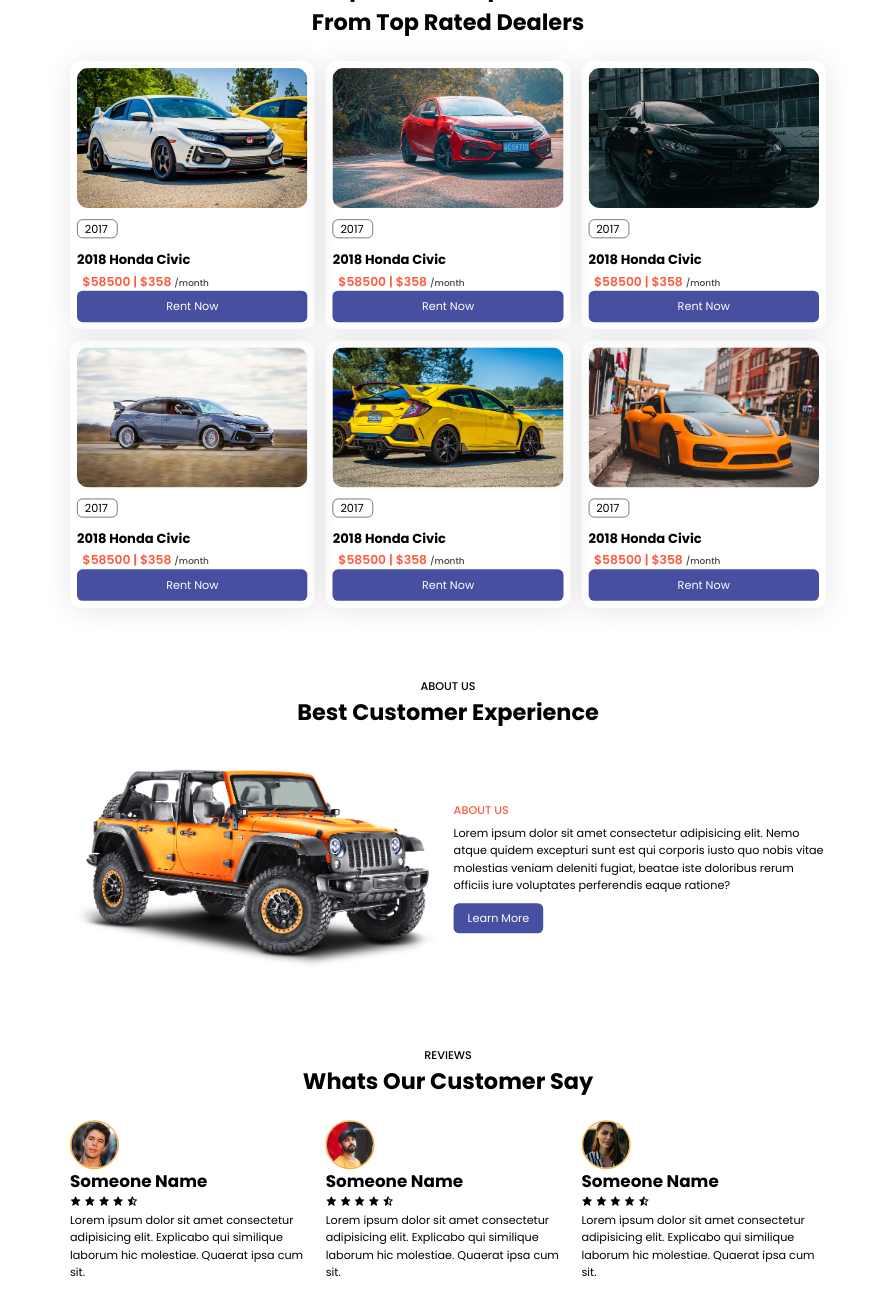
Repository: douglasabnovato/car-rental
Page: index.html
The author's editor kept a copy of each file at every save. The page is drawn from the files as they stood at one save, then again after a run of saves.
The browser window is 1280 px wide. The pictures show the part of the page from y = 1296 to 3216 px (the page is 3176 px tall before and 3216 px after), at 70% of full size.

Above is the page before, as saved 2025-05-16 16:38:12.

### index.html
<!DOCTYPE html>
<html lang="en">
  <head>
    <meta charset="UTF-8" />
    <meta name="viewport" content="width=device-width, initial-scale=1.0" />
    <title>Car Rental</title>
    <link
      rel="stylesheet"
      href="https://cdn.jsdelivr.net/npm/boxicons@latest/css/boxicons.min.css"
    />
    <link rel="stylesheet" href="./style.css" />
  </head>
  <body>
    <!-- Header -->
    <header>
      <a href="#" class="logo"
        ><img src="./assets/jeep.png" alt="logo da car rental" srcset=""
      /></a>
      <div class="bx bx-menu" id="menu-icon"></div>
      <ul class="navbar">
        <li><a href="#home">Home</a></li>
        <li><a href="#ride">Ride</a></li>
        <li><a href="#services">Services</a></li>
        <li><a href="#about">About</a></li>
        <li><a href="#reviews">Reviews</a></li>
      </ul>
      <div class="header-btn">
        <a href="#" class="sign-up">Sign Up</a>
        <a href="#" class="sign-in">Sign In</a>
      </div>
    </header>

    <!-- Home -->
    <section class="home" id="home">
      <div class="text">
        <h1>
          <span>Looking</span> to <br />
          rent a car
        </h1>
        <p>
          Lorem ipsum dolor sit amet consectetur adi <br />
          pisicing elit. Explicabo esse non fugiat!
        </p>
        <div class="app-stores">
          <img src="./assets/ios.png" alt="" />
          <img src="./assets/play.png" alt="" />
        </div>
      </div>
      <div class="form-container">
        <form action="">
          <div class="input-box">
            <span>Location</span>
            <input type="search" name="" id="" placeholder="Search Places" />
          </div>
          <div class="input-box">
            <span>Pick-Up Date</span>
            <input type="date" name="" id="" />
          </div>
          <div class="input-box">
            <span>Return Date</span>
            <input type="date" name="" id="" />
          </div>
          <input type="submit" name="" id="" class="btn" />
        </form>
      </div>
    </section>

    <!-- Ride -->
    <section class="ride" id="ride">
      <div class="heading">
        <span>How Its Work</span>
        <h1>Rent With 3 Easy Steps</h1>
      </div>
      <div class="ride-container">
        <div class="box">
          <i class="bx bxs-map"></i>
          <h2>Choose A Location</h2>
          <p>
            Lorem ipsum dolor sit, amet consectetur adipisicing elit.
            Perspiciatis, impedit? Saepe quo quam numquam maxime?
          </p>
        </div>
        <div class="box">
          <i class="bx bxs-calendar-check"></i>
          <h2>Pick-Up Date</h2>
          <p>
            Lorem ipsum dolor sit, amet consectetur adipisicing elit.
            Perspiciatis, impedit? Saepe quo quam numquam maxime?
          </p>
        </div>
        <div class="box">
          <i class="bx bxs-calendar-star"></i>
          <h2>Book A Car</h2>
          <p>
            Lorem ipsum dolor sit, amet consectetur adipisicing elit.
            Perspiciatis, impedit? Saepe quo quam numquam maxime?
          </p>
        </div>
      </div>
    </section>

    <!-- Services -->
    <section class="services" id="services">
      <div class="heading">
        <span>Best Services</span>
        <h1>
          Explore Out Top Deals <br />
          From Top Rated Dealers
        </h1>
      </div>
      <div class="services-container">
        <div class="box">
          <div class="box-img">
            <img src="./assets/car1.jpg" alt="car1" />
          </div>
          <p>2017</p>
          <h3>2018 Honda Civic</h3>
          <h2>$58500 | $358 <span> /month</span></h2>
          <a href="#" class="btn">Rent Now</a>
        </div>

        <div class="box">
          <div class="box-img">
            <img src="./assets/car2.jpg" alt="car1" />
          </div>
          <p>2017</p>
          <h3>2018 Honda Civic</h3>
          <h2>$58500 | $358 <span> /month</span></h2>
          <a href="#" class="btn">Rent Now</a>
        </div>

        <div class="box">
          <div class="box-img">
            <img src="./assets/car3.jpg" alt="car1" />
          </div>
          <p>2017</p>
          <h3>2018 Honda Civic</h3>
          <h2>$58500 | $358 <span> /month</span></h2>
          <a href="#" class="btn">Rent Now</a>
        </div>

        <div class="box">
          <div class="box-img">
            <img src="./assets/car4.jpg" alt="car1" />
          </div>
          <p>2017</p>
          <h3>2018 Honda Civic</h3>
          <h2>$58500 | $358 <span> /month</span></h2>
          <a href="#" class="btn">Rent Now</a>
        </div>

        <div class="box">
          <div class="box-img">
            <img src="./assets/car5.jpg" alt="car1" />
          </div>
          <p>2017</p>
          <h3>2018 Honda Civic</h3>
          <h2>$58500 | $358 <span> /month</span></h2>
          <a href="#" class="btn">Rent Now</a>
        </div>

        <div class="box">
          <div class="box-img">
            <img src="./assets/car6.jpg" alt="car1" />
          </div>
          <p>2017</p>
          <h3>2018 Honda Civic</h3>
          <h2>$58500 | $358 <span> /month</span></h2>
          <a href="#" class="btn">Rent Now</a>
        </div>
      </div>
    </section>

    <!-- About -->
    <section class="about" id="about">
      <div class="heading">
        <span>About Us</span>
        <h1>Best Customer Experience</h1>
      </div>
      <div class="about-container">
        <div class="about-img">
          <img src="./assets/about.png" alt="" />
        </div>
        <div class="about-text">
          <span>About Us</span>
          <p>
            Lorem ipsum dolor sit amet consectetur adipisicing elit. Nemo atque
            quidem excepturi sunt est qui corporis iusto quo nobis vitae
            molestias veniam deleniti fugiat, beatae iste doloribus rerum
            officiis iure voluptates perferendis eaque ratione?
          </p>
          <a href="#" class="btn">Learn More</a>
        </div>
      </div>
    </section>

    <!-- Reviews -->
    <section class="reviews" id="reviews">
      <div class="heading">
        <span>Reviews</span>
        <h1>Whats Our Customer Say</h1>
      </div>
      <div class="reviews-container">
        <div class="box">
          <div class="rev-img">
            <img src="./assets/rev1.jpg" alt="" />
          </div>
          <h2>Someone Name</h2>
          <div class="stars">
            <i class="bx bxs-star"></i>
            <i class="bx bxs-star"></i>
            <i class="bx bxs-star"></i>
            <i class="bx bxs-star"></i>
            <i class="bx bxs-star-half"></i>
          </div>
          <p>Lorem ipsum dolor sit amet consectetur adipisicing elit. Explicabo qui similique laborum hic molestiae. Quaerat ipsa cum sit.</p>
        </div>
        <div class="box">
          <div class="rev-img">
            <img src="./assets/rev2.jpg" alt="" />
          </div>
          <h2>Someone Name</h2>
          <div class="stars">
            <i class="bx bxs-star"></i>
            <i class="bx bxs-star"></i>
            <i class="bx bxs-star"></i>
            <i class="bx bxs-star"></i>
            <i class="bx bxs-star-half"></i>
          </div>
          <p>Lorem ipsum dolor sit amet consectetur adipisicing elit. Explicabo qui similique laborum hic molestiae. Quaerat ipsa cum sit.</p>
        </div>
        <div class="box">
          <div class="rev-img">
            <img src="./assets/rev3.jpg" alt="" />
          </div>
          <h2>Someone Name</h2>
          <div class="stars">
            <i class="bx bxs-star"></i>
            <i class="bx bxs-star"></i>
            <i class="bx bxs-star"></i>
            <i class="bx bxs-star"></i>
            <i class="bx bxs-star-half"></i>
          </div>
          <p>Lorem ipsum dolor sit amet consectetur adipisicing elit. Explicabo qui similique laborum hic molestiae. Quaerat ipsa cum sit.</p>
        </div>
      </div>
    </section>

    <!-- Link to JS -->
    <script src="./script.js"></script>
  </body>
</html>

### style.css
@import url("https://fonts.googleapis.com/css2?family=Noto+Sans:ital,wght@0,100..900;1,100..900&family=Poppins:ital,wght@0,100;0,200;0,300;0,400;0,500;0,600;0,700;0,800;0,900;1,100;1,200;1,300;1,400;1,500;1,600;1,700;1,800;1,900&display=swap");

* {
  margin: 0;
  padding: 0;
  box-sizing: border-box;
  scroll-padding-top: 2rem;
  scroll-behavior: smooth;
  list-style: none;
  text-decoration: none;
  font-family: "Poppins", sans-serif;
}

:root {
  --main-color: #fe5b3d;
  --second-color: #ffac38;
  --text-color: #444;
  --gradient: linear-gradient(#fe5b3d, #ffac38);
}

html::-webkit-scrollbar {
  width: 0.5rem;
}

html::-webkit-scrollbar-track {
  background: transparent;
}

html::-webkit-scrollbar-thumb {
  background: var(--main-color);
  border-radius: 5rem;
}

section {
  padding: 50px 100px;
}

/* Header */

header {
  position: fixed;
  width: 100%;
  top: 0;
  right: 0;
  z-index: 1000;
  display: flex;
  align-items: center;
  justify-content: space-between;
  background: #eeeff1;
  padding: 15px 100px;
}

.logo img {
  width: 40px;
}

.navbar {
  display: flex;
}

.navbar li {
  position: relative;
}

.navbar a {
  font-size: 1rem;
  padding: 10px 20px;
  color: var(--text-color);
  font-weight: 500;
}

.navbar a:after {
  content: "";
  width: 0;
  height: 3px;
  background: var(--gradient);
  position: absolute;
  bottom: -4px;
  left: 0;
  transition: 0.5s;
}

.navbar a:hover::after {
  width: 100%;
}

#menu-icon {
  font-size: 24px;
  cursor: pointer;
  z-index: 10001;
  display: none;
}

.header-btn a {
  padding: 10px 20px;
  color: var(--text-color);
  font-weight: 500;
}

.header-btn .sign-in {
  background: #474fa0;
  color: #fff;
  border-radius: 0.5rem;
}

.header-btn .sign-in:hover {
  background: var(--main-color);
}

/* Home */
.home {
  width: 100%;
  min-height: 100vh;
  position: relative;
  background: url(./assets/Car\ Website\ –\ 1@2x.png);
  background-repeat: no-repeat;
  background-position: center right;
  background-size: cover;
  display: grid;
  align-items: center;
  grid-template-columns: repeat(2, 1fr);
}

.text h1 {
  font-size: 3.5rem;
  letter-spacing: 2px;
}

.text span {
  color: var(--main-color);
}

.text p {
  margin: 0.5rem 0 1rem;
}

.app-stores {
  display: flex;
}

.app-stores img {
  width: 100px;
  margin-right: 1rem;
  cursor: pointer;
}

.form-container form {
  display: flex;
  flex-wrap: wrap;
  align-items: center;
  gap: 1rem;
  position: absolute;
  bottom: 4rem;
  left: 100px;
  background: #fff;
  padding: 20px;
  border-radius: 0.5rem;
}

.input-box {
  flex: 1 1 7rem;
  display: flex;
  flex-direction: column;
}

.input-box span {
  font-weight: 500;
}

.input-box input {
  padding: 7px;
  outline: none;
  border: none;
  background: #eeeff1;
  border-radius: 0.5rem;
  font-size: 1rem;
}

.form-container form .btn {
  flex: 1 1 7rem;
  padding: 10px 34px;
  border: none;
  border-radius: 0.5rem;
  background: #474fa0;
  color: #fff;
  font-size: 1rem;
  font-weight: 500;
}

.form-container form .btn:hover {
  background: var(--main-color);
  cursor: pointer;
}

/* Ride */
.heading {
  text-align: center;
}

.heading span {
  font-weight: 500;
  text-transform: uppercase;
}

.heading h1 {
  font-size: 2rem;
}

.ride-container {
  display: grid;
  align-items: center;
  grid-template-columns: repeat(auto-fit, minmax(250px, auto));
  gap: 1rem;
  margin-top: 2rem;
}

.ride-container .box {
  text-align: center;
  padding: 20px;
}

.ride-container .box .bx {
  font-size: 34px;
  padding: 10px;
  background: #eeeff1;
  border-radius: 0.5rem;
  color: var(--main-color);
}

.ride-container .box h2 {
  font-size: 1.3rem;
  font-weight: 500;
  margin: 1.4rem 0 0.5rem;
}

.ride-container .box .bx:hover,
.ride-container .box .bx .bxs-calendar-star {
  background: var(--gradient);
  color: #fff;
}

/* Services */
.services-container {
  display: grid;
  grid-template-columns: repeat(auto-fit, minmax(300px, auto));
  gap: 1rem;
  margin-top: 2rem;
}

.services-container .box {
  padding: 10px;
  border-radius: 1rem;
  box-shadow: 1px 4px 41px rgba(0, 0, 0, 0.1);
}

.services-container .box .box-img {
  width: 100%;
  height: 200px;
}

.services-container .box .box-img img {
  width: 100%;
  height: 100%;
  border-radius: 1rem;
  object-fit: cover;
  object-position: center;
}

.services-container .box p {
  padding: 0 10px;
  border: 1px solid var(--text-color);
  width: 58px;
  border-radius: 0.5rem;
  margin: 1rem 0 1rem;
}

.services-container .box h2 {
  font-size: 1.1rem;
  font-weight: 600;
  color: var(--main-color);
  margin: 0.2rem 0 0 0.5rem;
}

.services-container .box h2 span {
  font-size: 0.8rem;
  font-weight: 500;
  color: var(--text-color);
}

.services-container .box .btn {
  display: flex;
  justify-content: center;
  background: #474fa0;
  color: #fff;
  padding: 10px;
  border-radius: 0.5rem;
}

.services-container .box .btn:hover {
  background: var(--main-color);
}

/* About */
.about-container {
  display: grid;
  grid-template-columns: repeat(2, 1fr);
  margin-top: 2rem;
  align-items: center;
  gap: 1rem;
}

.about-img img {
  width: 100%;
}

.about-text span {
  font-weight: 500;
  color: var(--main-color);
  text-transform: uppercase;
}

.about-text p {
  margin: 0.5rem 0 1.4rem;
}

.about-text .btn {
  padding: 10px 20px;
  background: #474fa0;
  color: #fff;
  border-radius: 0.5rem;
}

.about-text .btn:hover {
  background: var(--main-color);
}

/* Review */
.reviews-container {
  display: grid;
  grid-template-columns: repeat(auto-fit, minmax(250px, auto));
  gap: 1rem;
  margin-top: 2rem;
}

.rev-img {
  width: 70px;
  height: 70px;
}

.rev-img img {
  width: 100%;
  height: 100%;
  border-radius: 50%;
  object-fit: cover;
  object-position: center;
  border: 2px solid var(--second-color);
}

Loaded but not shown: script.js (no stored copy; drawn as an empty file)

After the next 2 saves:
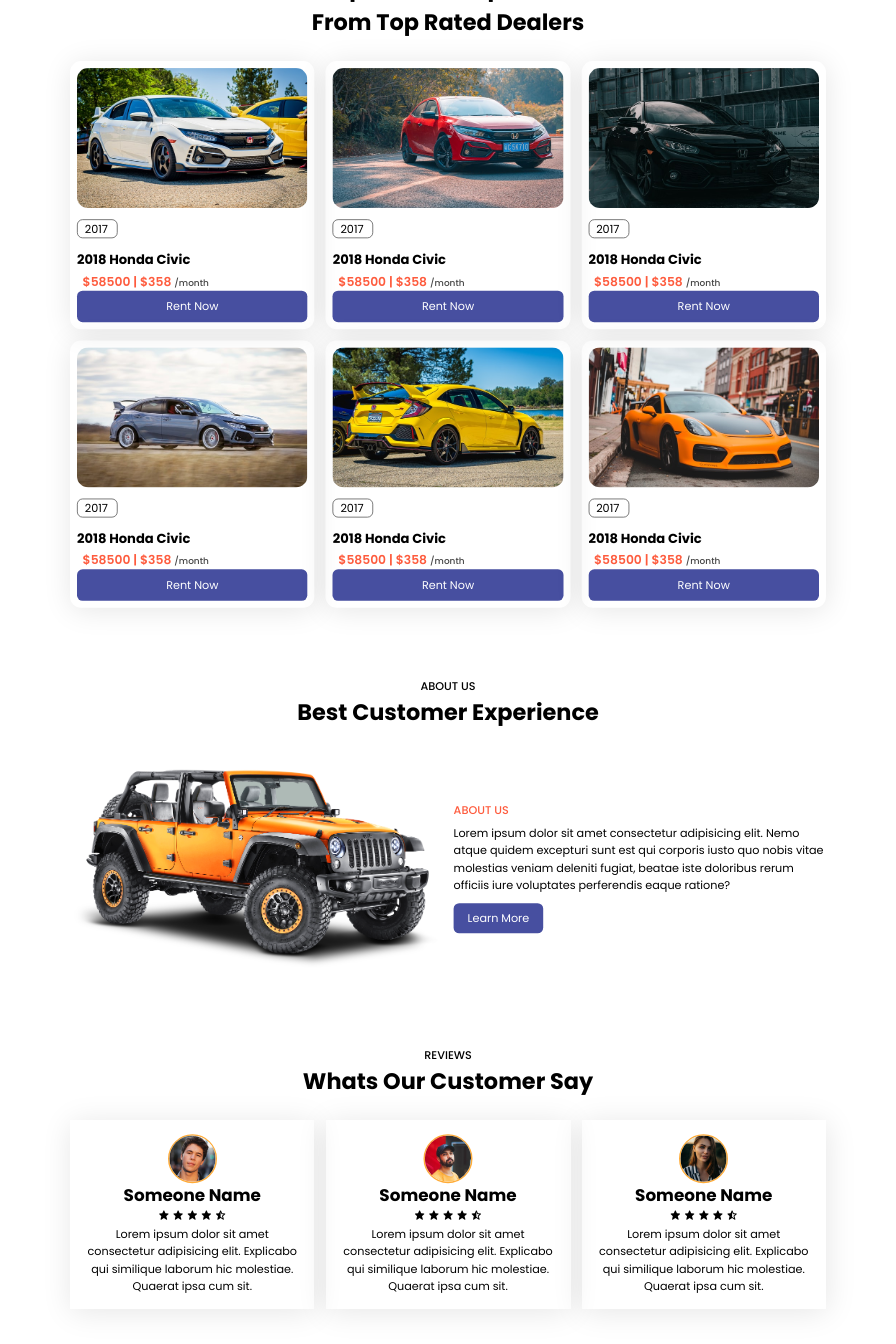
The 2 saves are shown as one change because they came seconds apart.
The last was saved 3 min 8 s later.
--- a/style.css
+++ b/style.css
@@ -355,3 +355,12 @@ header {
   object-position: center;
   border: 2px solid var(--second-color);
 }
+
+.reviews-container .box {
+  display: flex;
+  flex-direction: column;
+  align-items: center;
+  text-align: center;
+  padding: 20px;
+  box-shadow: 1px 4px 41px rgba(0, 0, 0, 0.1);
+}
